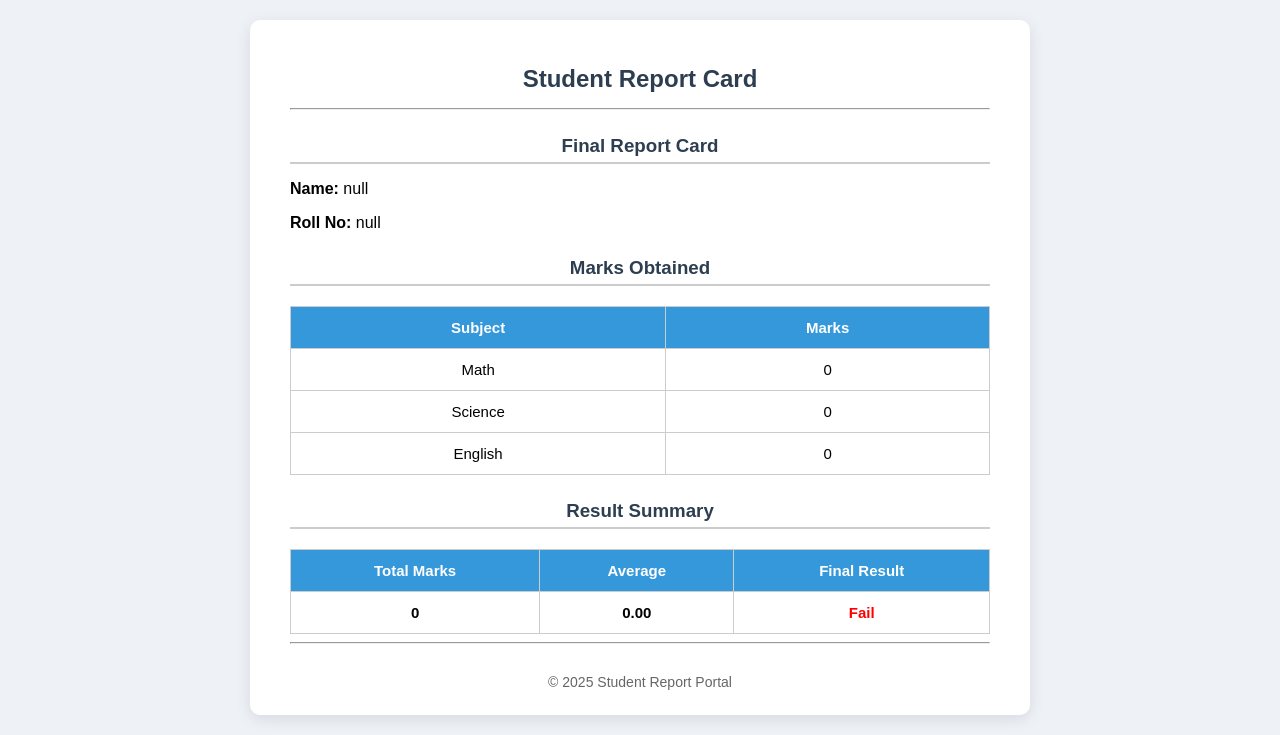
Repository: ashwinii19/Core-Java-Learning
Page: http://localhost/24-JSP/profile.jsp
An editor plug-in stored every save of this project. The page is shown before and after the next save, followed by the edit.
The browser window is 1280 px wide. The pictures show the whole page.
The page is served by Tomcat 9.

Above is the page before, as saved 2025-08-20 03:38:11.

### 24-JSP/src/main/webapp/profile.jsp
<%@ page language="java" contentType="text/html; charset=ISO-8859-1"
	pageEncoding="ISO-8859-1" errorPage="error.jsp"%>
<jsp:useBean id="student" class="com.model.Student" scope="session" />
<jsp:setProperty name="student" property="*" />
<!DOCTYPE html>
<html>
<head>
<meta charset="ISO-8859-1">
<title>Profile</title>
</head>
<body>
    <jsp:include page="header.jsp"/>

    <h3>Student Profile</h3>
    Name: <jsp:getProperty name="student" property="name"/><br>
    Roll No: <jsp:getProperty name="student" property="rollNo"/><br>
    Math: <jsp:getProperty name="student" property="math"/><br>
    Science: <jsp:getProperty name="student" property="science"/><br>
    English: <jsp:getProperty name="student" property="english"/><br><br>

    <jsp:forward page="result.jsp">
        <jsp:param name="math" value="<%= student.getMath() %>"/>
        <jsp:param name="science" value="<%= student.getScience() %>"/>
        <jsp:param name="english" value="<%= student.getEnglish() %>"/>
        <jsp:param name="name" value="<%= student.getName() %>"/>
        <jsp:param name="rollNo" value="<%= student.getRollNo() %>"/>
    </jsp:forward>

    <jsp:include page="footer.jsp"/>
</body>
</html>

### 24-JSP/src/main/webapp/header.jsp
<%@ page language="java" contentType="text/html; charset=ISO-8859-1"
	pageEncoding="ISO-8859-1"%>
<!DOCTYPE html>
<html>
<head>
<meta charset="ISO-8859-1">
<link rel="stylesheet" type="text/css" href="css/style.css">
<title>Header</title>
</head>
<body>
	<div class="container">
		<h2>Student Report Card</h2>
		<hr />
</body>
</html>

### 24-JSP/src/main/webapp/result.jsp
<%@ page language="java" contentType="text/html; charset=ISO-8859-1"
    pageEncoding="ISO-8859-1"%>
<!DOCTYPE html>
<html>
<head>
<meta charset="ISO-8859-1">
<title>Result</title>
</head>
<body>
    <jsp:include page="header.jsp"/>

    <h3>Final Report Card</h3>

    <%
        String name = request.getParameter("name");
        String rollNo = request.getParameter("rollNo");
        int math = Integer.parseInt(request.getParameter("math"));
        int science = Integer.parseInt(request.getParameter("science"));
        int english = Integer.parseInt(request.getParameter("english"));

        int total = math + science + english;
        double avg = total / 3.0;

        String result;
        if (math < 35 || science < 35 || english < 35) {
            result = "Fail";
        } else if (avg >= 90) {
            result = "A+";
        } else if (avg >= 80) {
            result = "A";
        } else if (avg >= 70) {
            result = "B";
        } else if (avg >= 60) {
            result = "C";
        } else {
            result = "Fail";
        }
    %>

    <p><strong>Name:</strong> <%= name %></p>
    <p><strong>Roll No:</strong> <%= rollNo %></p>

    <!-- Marks Table -->
    <h3>Marks Obtained</h3>
    <table>
        <tr>
            <th>Subject</th>
            <th>Marks</th>
        </tr>
        <tr><td>Math</td><td><%= math %></td></tr>
        <tr><td>Science</td><td><%= science %></td></tr>
        <tr><td>English</td><td><%= english %></td></tr>
    </table>

    <!-- Result Summary Table -->
    <h3>Result Summary</h3>
    <table class="result-table">
        <tr>
            <th>Total Marks</th>
            <th>Average</th>
            <th>Final Result</th>
        </tr>
        <tr>
            <td><%= total %></td>
            <td><%= String.format("%.2f", avg) %></td>
            <td class="<%= result.equals("Fail") ? "status-fail" : "status-pass" %>">
                <%= result %>
            </td>
        </tr>
    </table>

    <jsp:include page="footer.jsp"/>
</body>
</html>

### 24-JSP/src/main/webapp/footer.jsp
<%@ page language="java" contentType="text/html; charset=ISO-8859-1"
	pageEncoding="ISO-8859-1"%>
<!DOCTYPE html>
<html>
<head>
<meta charset="ISO-8859-1">
<title>Footer</title>
</head>
<body>
	<hr />
	<footer>&copy; 2025 Student Report Portal</footer>
	</div>
</body>
</html>

### 24-JSP/src/main/java/com/model/Student.java
package com.model;

public class Student {
	private String name;
	private String rollNo;
	private int math;
	private int science;
	private int english;

	public String getName() {
		return name;
	}

	public void setName(String name) {
		this.name = name;
	}

	public String getRollNo() {
		return rollNo;
	}

	public void setRollNo(String rollNo) {
		this.rollNo = rollNo;
	}

	public int getMath() {
		return math;
	}

	public void setMath(int math) {
		this.math = math;
	}

	public int getScience() {
		return science;
	}

	public void setScience(int science) {
		this.science = science;
	}

	public int getEnglish() {
		return english;
	}

	public void setEnglish(int english) {
		this.english = english;
	}
}

### 24-JSP/src/main/webapp/css/style.css
/* General Page Styling */
body {
    font-family: Arial, sans-serif;
    background-color: #eef2f7;
    margin: 0;
    padding: 20px;
}

/* Centered Card Container */
.container {
    max-width: 700px;
    margin: auto;
    background: #ffffff;
    padding: 25px 40px;
    border-radius: 10px;
    box-shadow: 0 4px 15px rgba(0,0,0,0.1);
}

/* Headings */
h1, h2, h3 {
    text-align: center;
    color: #2c3e50;
    margin-bottom: 15px;
}

h3 {
    margin-top: 25px;
    border-bottom: 2px solid #ccc;
    padding-bottom: 5px;
}

/* Form */
form {
    display: flex;
    flex-direction: column;
    gap: 12px;
    margin-top: 20px;
}

input[type="text"],
input[type="number"] {
    padding: 10px;
    border: 1px solid #ccc;
    border-radius: 6px;
    font-size: 14px;
}

input[type="submit"] {
    background: #3498db;
    color: white;
    border: none;
    padding: 12px;
    border-radius: 6px;
    font-size: 16px;
    cursor: pointer;
}

input[type="submit"]:hover {
    background: #2980b9;
}

/* Pass/Fail colors */
.status-pass {
    color: green;
    font-weight: bold;
}
.status-fail {
    color: red;
    font-weight: bold;
}

/* Table Styling */
table {
    width: 100%;
    border-collapse: collapse;
    margin-top: 20px;
}

table, th, td {
    border: 1px solid #ccc;
}

th, td {
    padding: 12px;
    text-align: center;
    font-size: 15px;
}

th {
    background-color: #3498db;
    color: white;
}

.result-table td {
    font-weight: bold;
}


/* Footer */
footer {
    text-align: center;
    color: #666;
    font-size: 14px;
    margin-top: 30px;
}

After the next save:
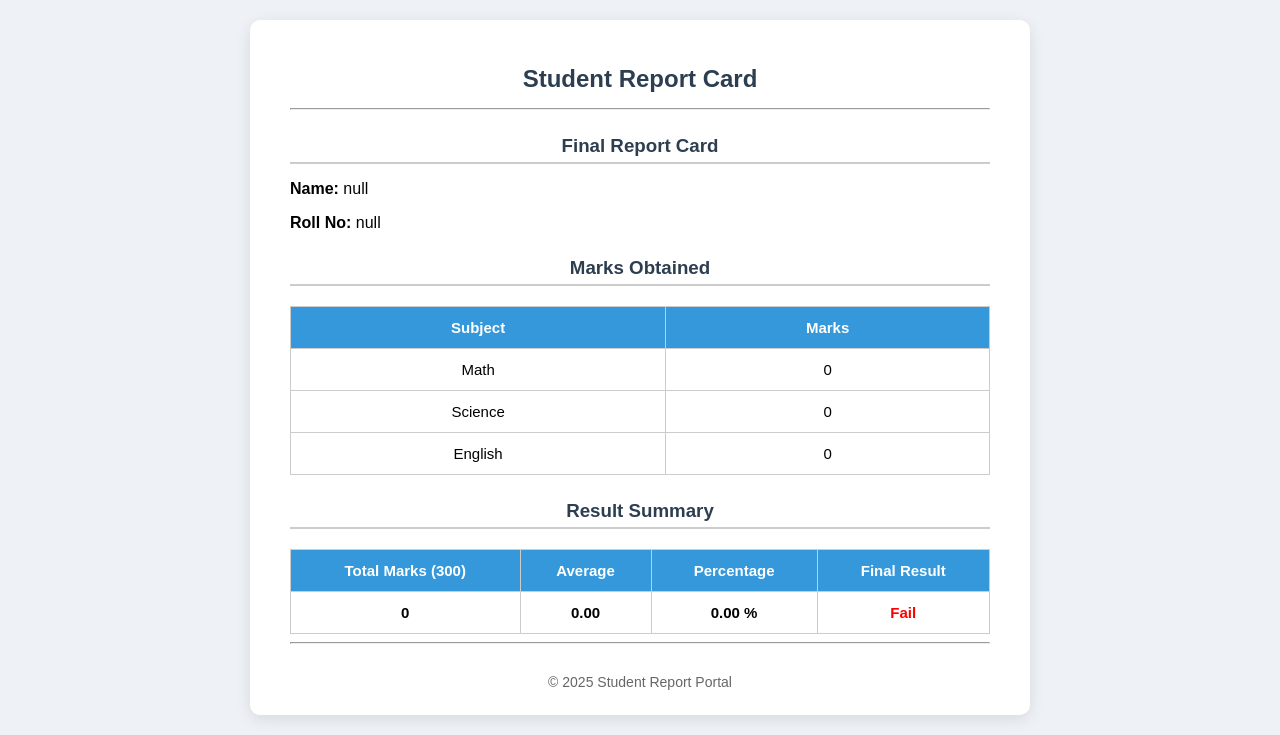
Saved 30 s later.
--- a/24-JSP/src/main/webapp/result.jsp
+++ b/24-JSP/src/main/webapp/result.jsp
@@ -20,6 +20,7 @@
 
         int total = math + science + english;
         double avg = total / 3.0;
+        double percentage = (total / 300.0) * 100;
 
         String result;
         if (math < 35 || science < 35 || english < 35) {
@@ -56,13 +57,15 @@
     <h3>Result Summary</h3>
     <table class="result-table">
         <tr>
-            <th>Total Marks</th>
+            <th>Total Marks (300)</th>
             <th>Average</th>
+            <th>Percentage</th>
             <th>Final Result</th>
         </tr>
         <tr>
             <td><%= total %></td>
             <td><%= String.format("%.2f", avg) %></td>
+            <td><%= String.format("%.2f", percentage) %> %</td>
             <td class="<%= result.equals("Fail") ? "status-fail" : "status-pass" %>">
                 <%= result %>
             </td>
